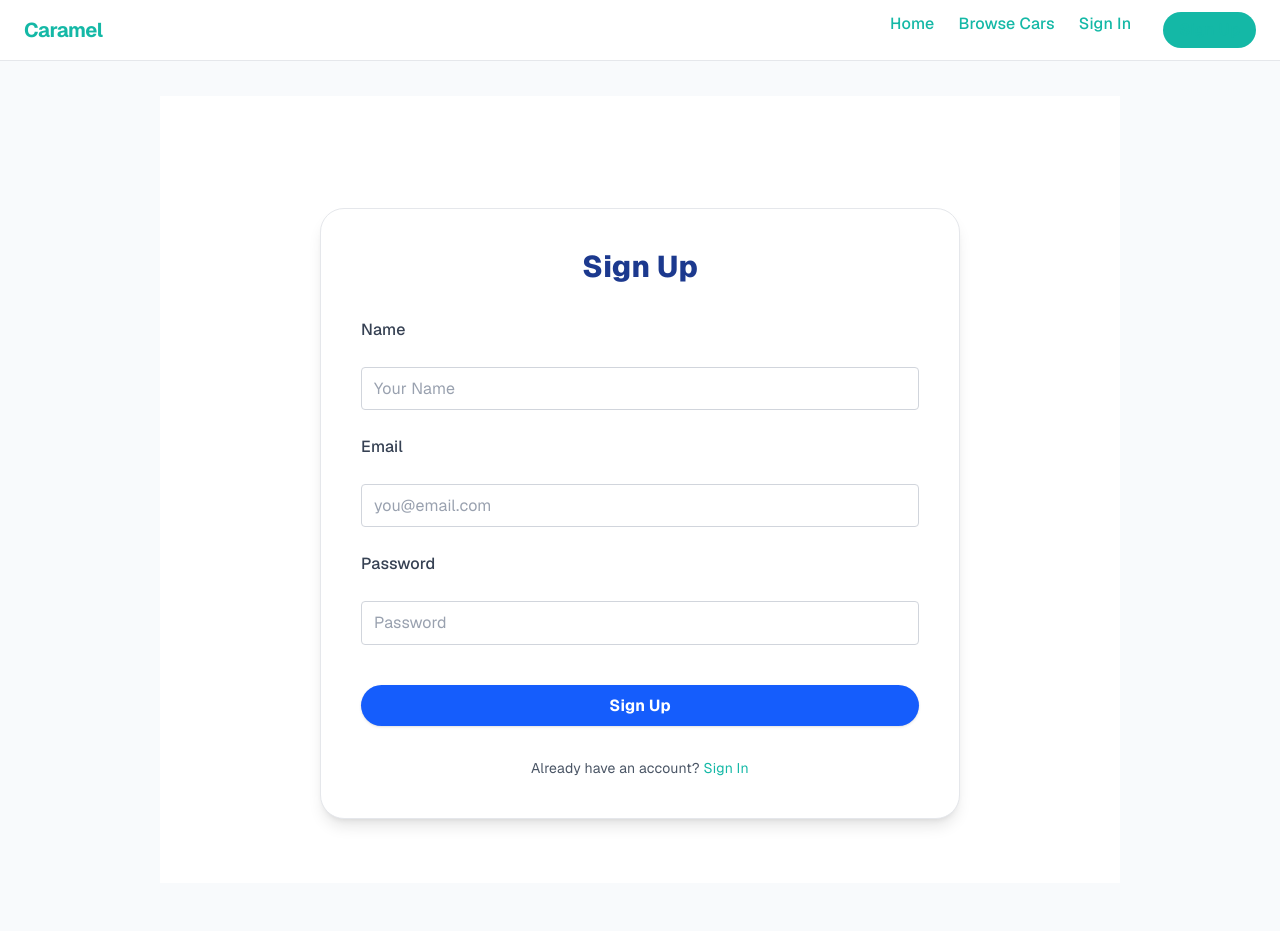
Repository: virat07/sellyourcar
Page: /auth/signup
The author's editor kept a copy of each file at every save. The page is drawn from the files as they stood at one save, then again after the next save.
The browser window is 1280 px wide. The pictures show the whole page.
The project was rebuilt for these pictures with package versions that can differ from the ones it lists, and the page was loaded fresh each time. The framework's server and built-in components were replaced by stand-ins that run in the browser. Also part of the build but not shown: next.config.ts.

Above is the page before, as saved 2025-07-18 15:26:16.

After the next save:
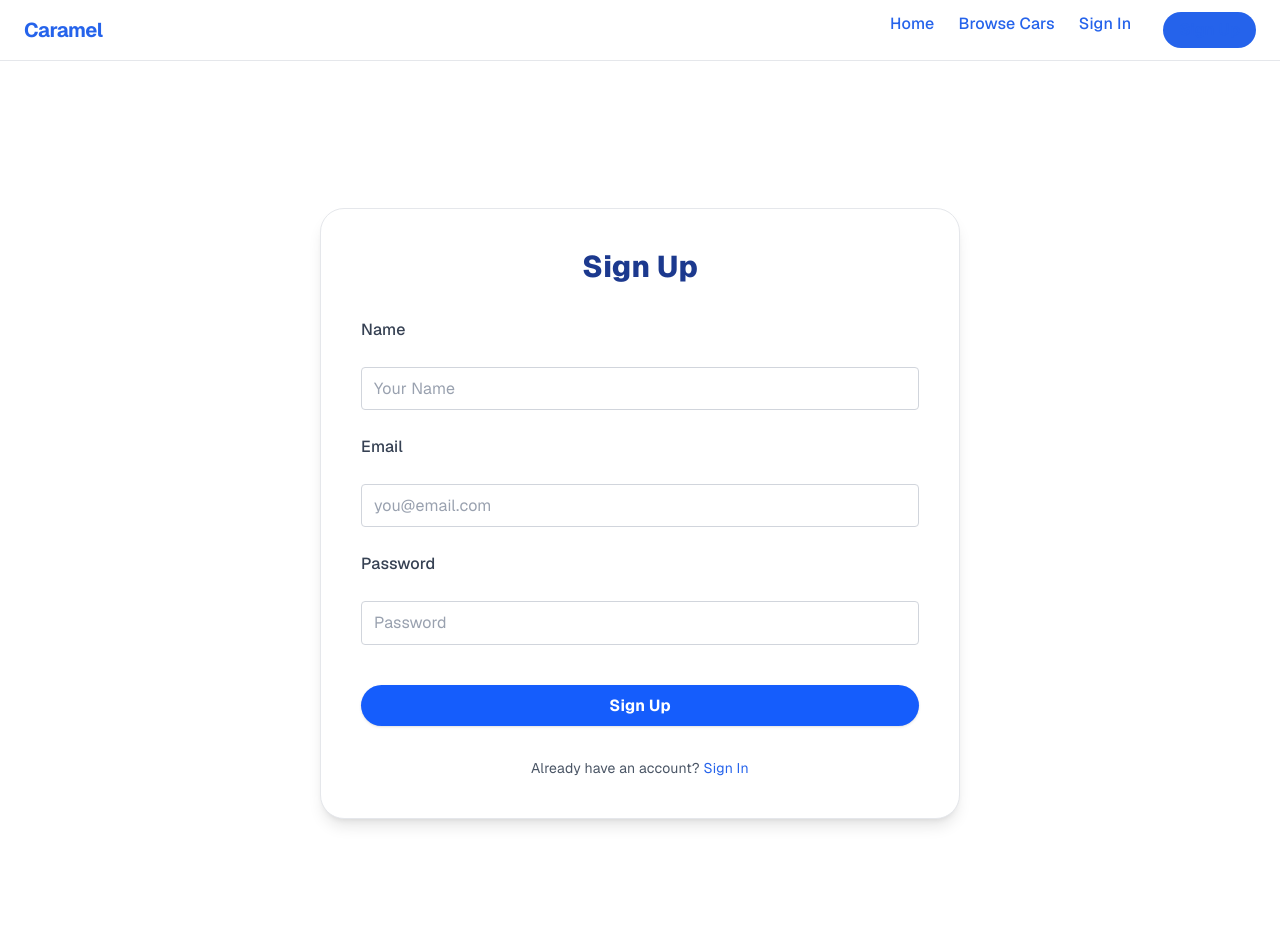
Saved 50 s later.
--- a/src/app/globals.css
+++ b/src/app/globals.css
@@ -1,23 +1,14 @@
 @import "tailwindcss";
 
 :root {
-  --background: #f8fafc;
+  --background: #fff;
   --foreground: #18181b;
-  --accent: #14b8a6;
+  --accent: #2563eb;
   --border: #e5e7eb;
 }
 
-@media (prefers-color-scheme: dark) {
-  :root {
-    --background: #18181b;
-    --foreground: #f1f5f9;
-    --accent: #2dd4bf;
-    --border: #334155;
-  }
-}
-
 body {
-  background: var(--background);
+  background: #fff;
   color: var(--foreground);
   font-family: var(--font-geist-sans, Arial, Helvetica, sans-serif);
   font-weight: 400;
@@ -38,7 +29,7 @@ a {
 }
 a:hover {
   text-decoration: underline;
-  color: #0d9488;
+  color: #1d4ed8;
 }
 
 input, button, textarea, select {
